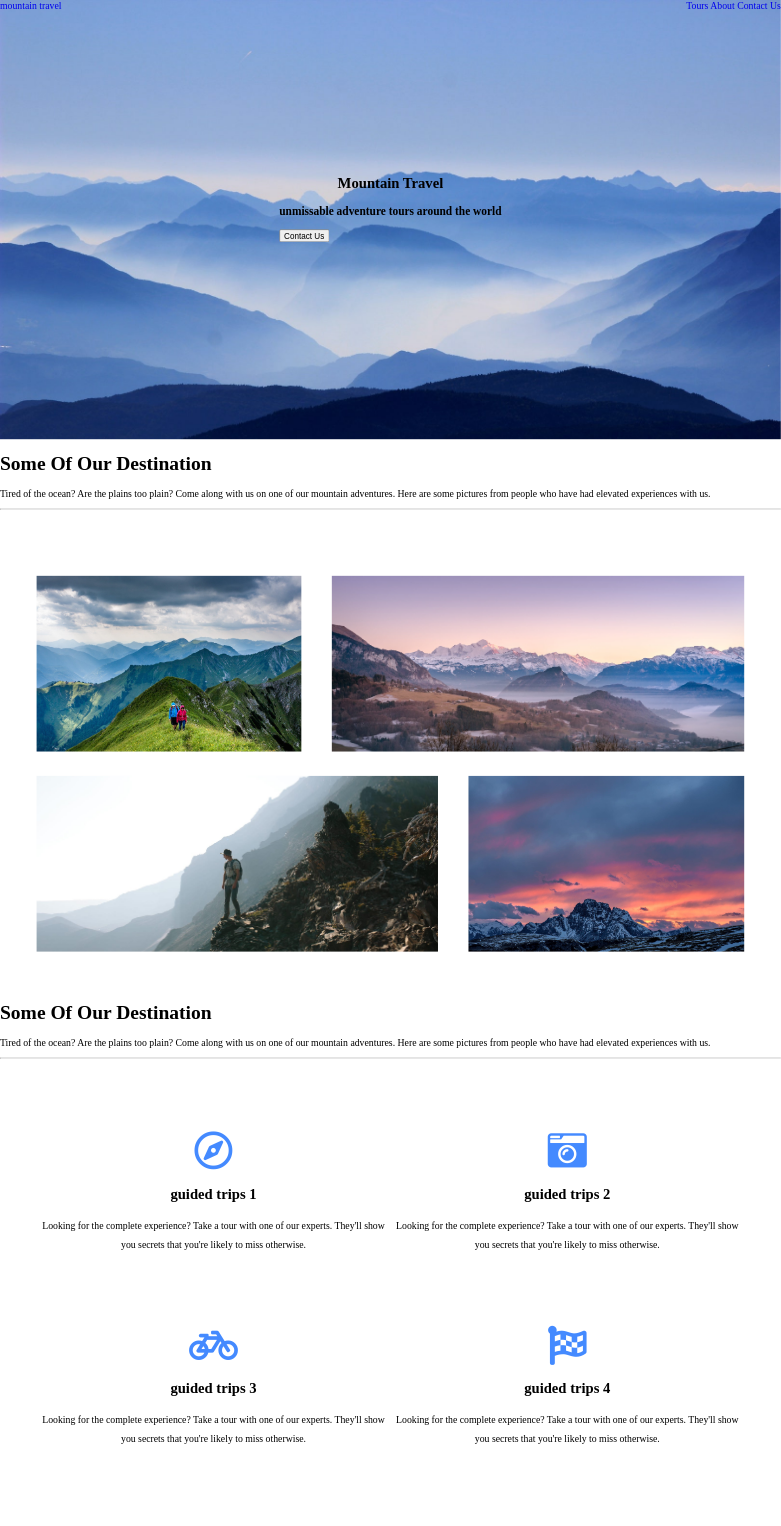
Repository: Einsteiniumeinsteinian/Advanced-CSS
Page: css-project-starter-code/index.html
These files come from the project's save history. The page is drawn as it stood at one moment and after the next save; the edit follows.
The browser window is 1280 px wide. The pictures show the whole page, at 61% of full size.
Some web libraries are served in a nearby version.

Above is the page before, as saved 2021-08-15 20:03:13.

After the next save:
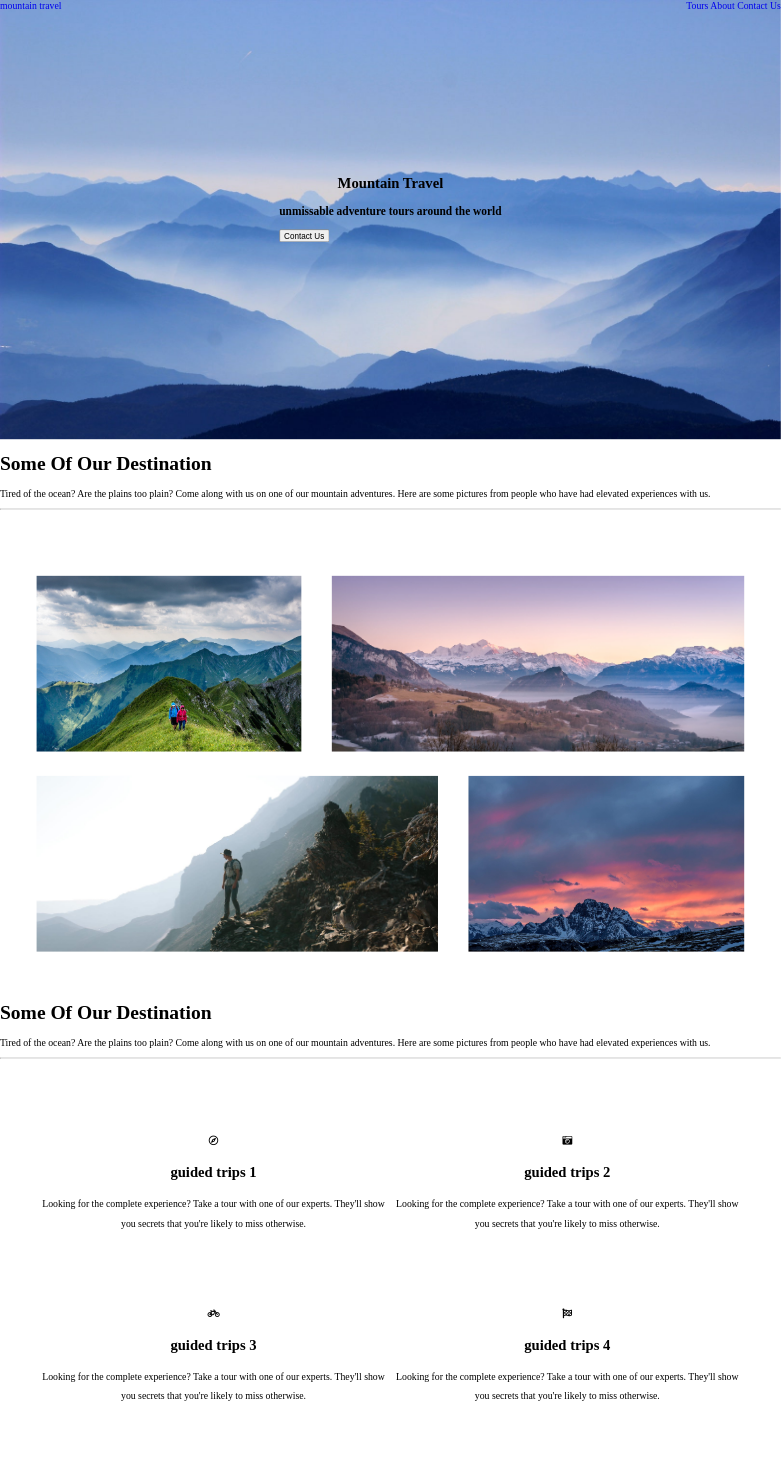
Saved 9 s later.
--- a/css-project-starter-code/assets/css/styles.css
+++ b/css-project-starter-code/assets/css/styles.css
@@ -71,7 +71,7 @@
     margin-top: 50px;
     margin-bottom: 50px;
 }
-
+.p
 i{
     font-size: 4em;
     color: #448AFF;

After the save that followed:
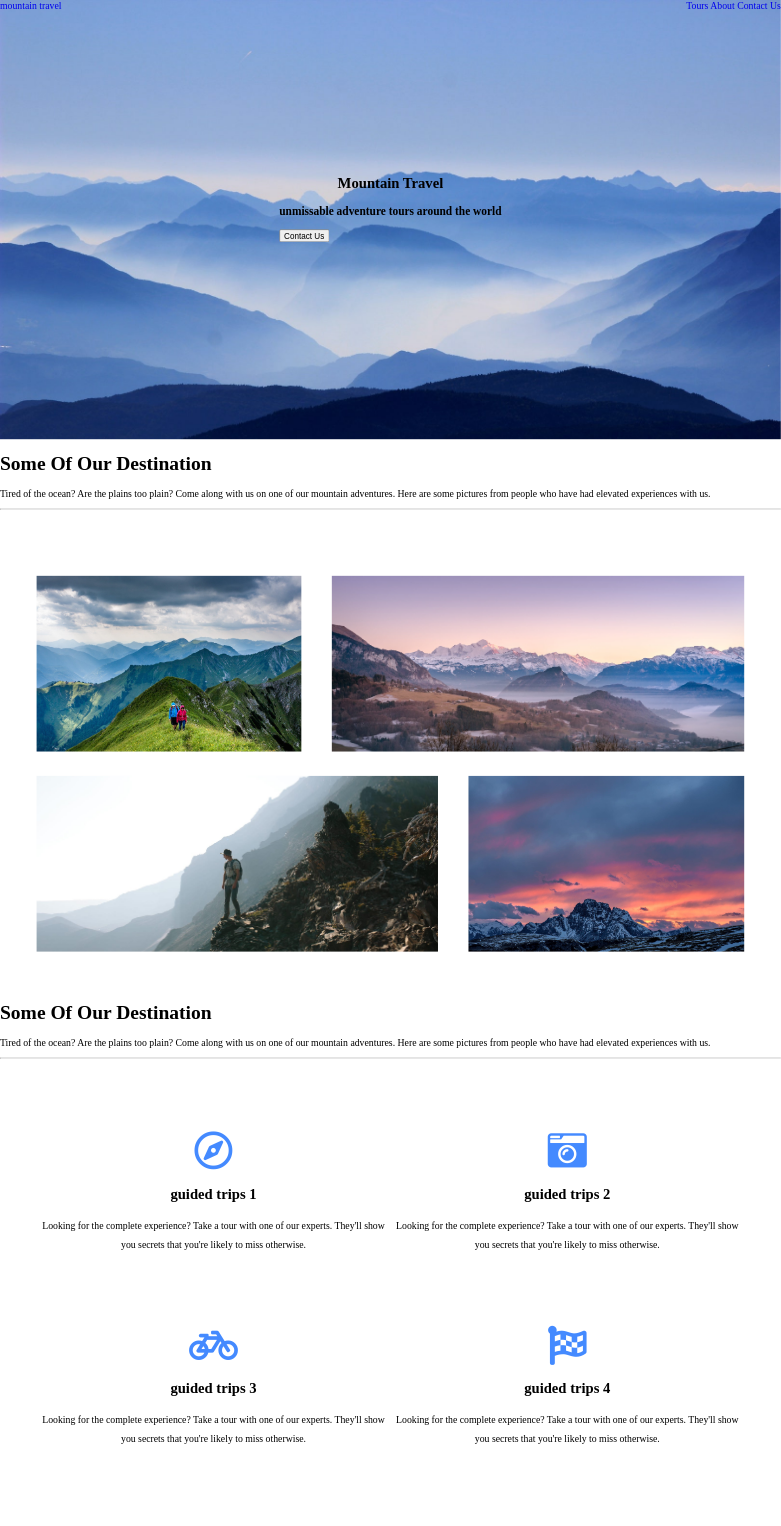
Saved 4 s later.
--- a/css-project-starter-code/assets/css/styles.css
+++ b/css-project-starter-code/assets/css/styles.css
@@ -71,7 +71,7 @@
     margin-top: 50px;
     margin-bottom: 50px;
 }
-.p
+.package >
 i{
     font-size: 4em;
     color: #448AFF;
